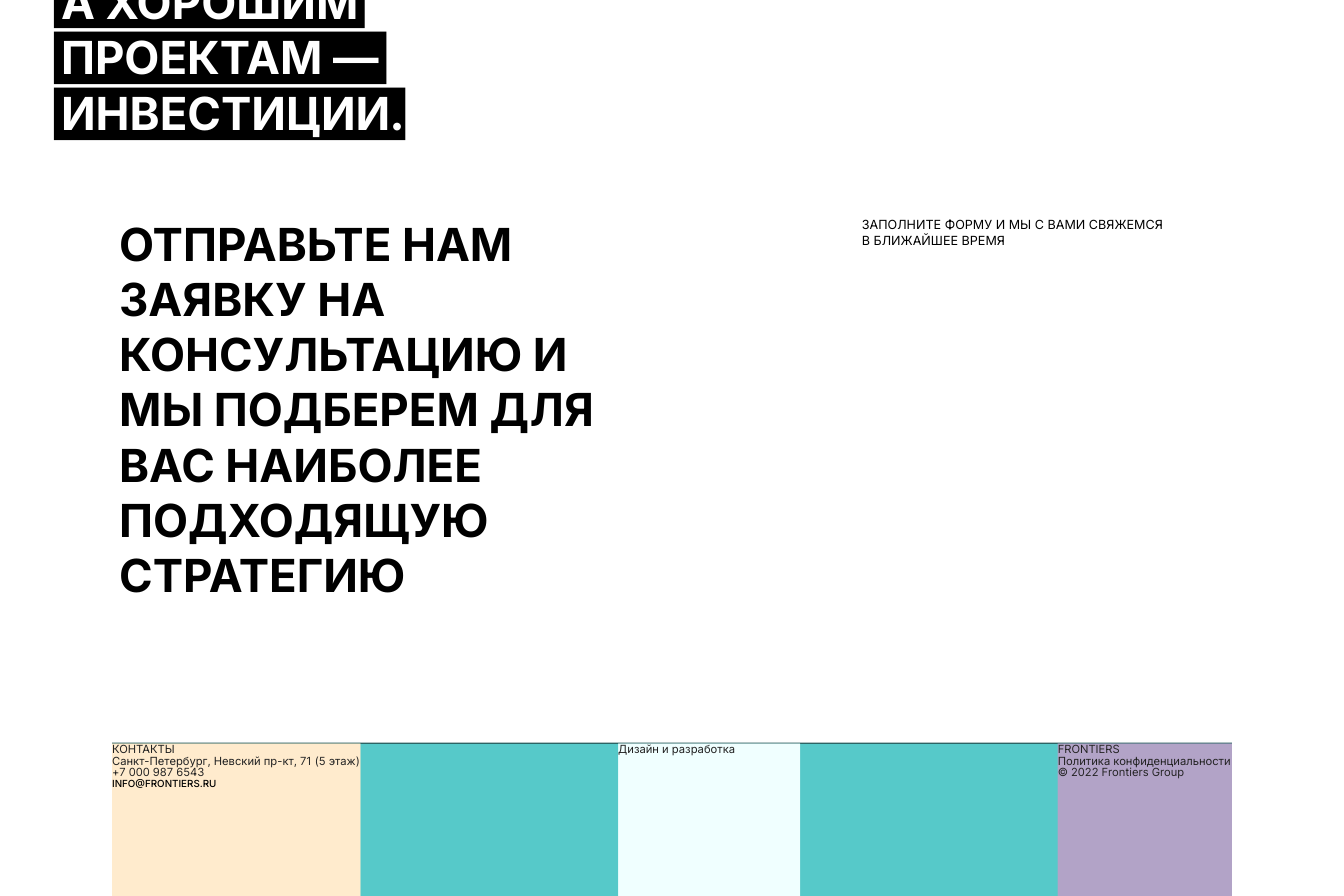
Repository: NadyaKorvin/frontiers
Page: /
These files come from the project's save history. The page is drawn as it stood at one moment and after the next save; the edit follows.
The browser window is 1280 px wide. The page is 1920 px wide, so the pictures cover 1920 px, including what lies to the right of the window. The pictures show the part of the page from y = 1353 to 2633 px (the page is 2633 px tall), at 70% of full size.
The project was rebuilt for these pictures with package versions that can differ from the ones it lists, and the page was loaded fresh each time.

Above is the page before, as saved 2022-05-23 14:46:37.

### public/index.html
<!DOCTYPE html>
<html lang="en">
  <head>
    <meta charset="utf-8" />
    <link rel="icon" href="%PUBLIC_URL%/favicon.ico" />
    <meta name="viewport" content="width=device-width, initial-scale=1" />
    <meta name="theme-color" content="#000000" />
    <meta name="description" content="Web site created using create-react-app" />
    <link rel="apple-touch-icon" href="%PUBLIC_URL%/logo192.png" />
    <link rel="manifest" href="%PUBLIC_URL%/manifest.json" />
    <link rel="preconnect" href="https://fonts.googleapis.com" />
    <link rel="preconnect" href="https://fonts.gstatic.com" crossorigin />
    <link href="https://fonts.googleapis.com/css2?family=Inter:wght@300;400;500;700&display=swap" rel="stylesheet" />
    <title>FRONTIERS</title>
  </head>
  <body>
    <noscript>You need to enable JavaScript to run this app.</noscript>
    <div id="root"></div>
  </body>
</html>

### src/index.js
import React from "react"
import ReactDOM from "react-dom/client"

import App from "./App"

const root = ReactDOM.createRoot(document.getElementById("root"))
root.render(
  <React.StrictMode>
    <App />
  </React.StrictMode>
)

### src/App.js
import { useState } from "react";
import "./App.css";
import { SecondScreenAnimation } from "./components/secondScreen/SecondScreenAnimation";
import FirstScreenAnimation from "./components/firstScreen/FirstScreenAnimation";
import LastScreenAnimation from "./components/lastScreen/LastScreenAnimation"

function App() {
  const [mousePosition, setMousePosition] = useState("");

  const listenUpperMousePosition = (event) => {
    console.log(event);
    console.log(event.target);
    setMousePosition(event.target);
  };

  return (
    <>
      <FirstScreenAnimation />
      <div className="App">
        <SecondScreenAnimation listenMousePosition={listenUpperMousePosition} />
      </div>
      <LastScreenAnimation />
    </>
  );
}
export default App;

### src/App.css
@import url("./reset.css");
@import url("./components/secondScreen/SecondScreen.css");
@import url("./font/font.css");

body {
  font-family: "Inter";
}

### src/components/secondScreen/SecondScreenAnimation.js
export function SecondScreenAnimation({ listenMousePosition, mousePosition }) {
  let goUp = ""
  const goUpBlackLines = (mousePosition) => {
    if (mousePosition === "animation__text_first_part") {
      goUp = "up"
      return goUp
    }
  }
  goUpBlackLines(mousePosition)
  console.log(goUp)
  return (
    <div className="animation__text_block">
      {goUp != "up" ? (
        <div>
          <div className="animation__text" onMouseOver={listenMousePosition}>
            <p className="animation__text_first_part">Инвесторам сложно найти хорошие проекты,</p>
            <p className="animation__text_second_part">а хорошим проектам — инвестиции.</p>
          </div>
          <div className="animation__black_lines">
            <div className="animation__1th_black_line"></div>
            <div className="animation__2th_black_line"></div>
            <div className="animation__3th_black_line"></div>
          </div>
        </div>
      ) : (
        <div>
          <div className="animation__text" onMouseOver={listenMousePosition}>
            <p className="animation__text_first_part" style={{ color: "#fff" }}>
              Инвесторам сложно найти хорошие проекты,
            </p>
            <p className="animation__text_second_part" style={{ color: "#000" }}>
              а хорошим проектам — инвестиции.
            </p>
          </div>
          <div className="animation__black_lines">
            <div className="animation__1th_black_line" style={{ width: "484px", marginTop: "-475px" }}></div>
            <div className="animation__2th_black_line" style={{ width: "586px" }}></div>
            <div className="animation__3th_black_line" style={{ width: "722px" }}></div>
          </div>
        </div>
      )}
    </div>
  )
}

### src/components/firstScreen/FirstScreenAnimation.js
import React from "react";
import style from "./FirstScreen.module.css";
import image from "../../images/image.webp"

export default function FirstScreenAnimation() {
  const pointer = (
    <svg
      width="8"
      height="101"
      viewBox="0 0 8 101"
      fill="none"
      xmlns="http://www.w3.org/2000/svg"
    >
      <path
        d="M4.35355 100.356C4.15829 100.551 3.84171 100.551 3.64645 100.356L0.464466 97.1735C0.269204 96.9783 0.269204 96.6617 0.464466 96.4664C0.659728 96.2712 0.976311 96.2712 1.17157 96.4664L4 99.2948L6.82843 96.4664C7.02369 96.2712 7.34027 96.2712 7.53553 96.4664C7.7308 96.6617 7.7308 96.9783 7.53553 97.1735L4.35355 100.356ZM3.5 100.002L3.5 0.00195312H4.5L4.5 100.002H3.5Z"
        fill="black"
      />
    </svg>
  );

  return (
    <>
      <section className={style.first__screen}>
        <div className={style.header}>
          <div className={style.logotype}>FRONTIERS</div>
          <nav className={style.nav__sidebar}>
            <ul>Агенство</ul>
            <ul>Кейсы</ul>
            <ul>Услуги</ul>
            <ul>Контакты</ul>
          </nav>
          <div className={style.button}>
            <p className={style.text__btn}>Получить консультацию</p>
          </div>
        </div>
        <div className={style.content}>
          <p>ИНВЕСТИЦИИ</p>
          <p>НЕ</p>
          <p>СЛОЖНО</p>
          <p>
            Мы помогли заработать более 50 млн рублей частным инвесторам в 2021
            году на вложениях в российский бизнес
          </p>
          <p>ПРОКРУТИ ВНИЗ</p>
          <div className={style.content__pointer}>{pointer}</div>
          <img src={image} alt="" />
        </div>
      </section>
    </>
  );
}

### src/components/lastScreen/LastScreenAnimation.js
import React from "react";
import style from "./LastScreen.module.css";

export default function LastScreenAnimation() {
  return (
    <>
      <section className={style.last__screen}>
        <div className={style.wrapper}>
          <div className={style.left__content}>
            <p>
              ОТПРАВЬТЕ НАМ ЗАЯВКУ НА КОНСУЛЬТАЦИЮ И МЫ ПОДБЕРЕМ ДЛЯ ВАС
              НАИБОЛЕЕ ПОДХОДЯЩУЮ СТРАТЕГИЮ
            </p>
          </div>
          <div className={style.right__content}>
            <div className={style.text__form}>
              <p>ЗАПОЛНИТЕ ФОРМУ И МЫ С ВАМИ СВЯЖЕМСЯ В БЛИЖАЙШЕЕ ВРЕМЯ</p>
            </div>
            <form></form>
          </div>
        </div>
        <div className={style.footer}>
          <div className={style.contact}>
            <p>КОНТАКТЫ</p>
            <p>Санкт-Петербург, Невский пр-кт, 71 (5 этаж)</p>
            <p>+7 000 987 6543</p>
            <p>info@frontiers.ru</p>
          </div>
          <div className={style.design}>
            <p>Дизайн и разработка</p>
            <svg></svg>
          </div>
          <div className={style.frontiers}>
            <p>FRONTIERS</p>
            <p>Политика конфиденциальности</p>
            <p>© 2022 Frontiers Group</p>
          </div>
        </div>
      </section>
    </>
  );
}

### src/reset.css
html,
body,
div,
span,
applet,
object,
iframe,
h1,
h2,
h3,
h4,
h5,
h6,
p,
blockquote,
pre,
a,
abbr,
acronym,
address,
big,
cite,
code,
del,
dfn,
em,
img,
ins,
kbd,
q,
s,
samp,
small,
strike,
strong,
sub,
sup,
tt,
var,
b,
u,
i,
center,
dl,
dt,
dd,
ol,
ul,
li,
fieldset,
form,
label,
legend,
table,
caption,
tbody,
tfoot,
thead,
tr,
th,
td,
article,
aside,
canvas,
details,
embed,
figure,
figcaption,
footer,
header,
hgroup,
menu,
nav,
output,
ruby,
section,
summary,
time,
mark,
audio,
video {
  margin: 0;
  padding: 0;
  border: 0;
  font-size: 100%;
  font: inherit;
  vertical-align: baseline;
}

:focus {
  outline: 0;
}

article,
aside,
details,
figcaption,
figure,
footer,
header,
hgroup,
menu,
nav,
section {
  display: block;
}

body {
  line-height: 1;
}

ol,
ul {
  list-style: none;
}

blockquote,
q {
  quotes: none;
}

blockquote:before,
blockquote:after,
q:before,
q:after {
  content: "";
  content: none;
}

table {
  border-collapse: collapse;
  border-spacing: 0;
}

input[type="search"]::-webkit-search-cancel-button,
input[type="search"]::-webkit-search-decoration,
input[type="search"]::-webkit-search-results-button,
input[type="search"]::-webkit-search-results-decoration {
  -webkit-appearance: none;
  -moz-appearance: none;
}

input[type="search"] {
  -webkit-appearance: none;
  -moz-appearance: none;
  -webkit-box-sizing: content-box;
  -moz-box-sizing: content-box;
  box-sizing: content-box;
}

textarea {
  overflow: auto;
  vertical-align: top;
  resize: vertical;
}

[hidden] {
  display: none;
}

html {
  font-size: 100%; /* 1 */
  -webkit-text-size-adjust: 100%; /* 2 */
  -ms-text-size-adjust: 100%; /* 2 */
}

a:focus {
  outline: thin dotted;
}

a:active,
a:hover {
  outline: 0;
}

img {
  border: 0;
  -ms-interpolation-mode: bicubic;
}

figure {
  margin: 0;
}

form {
  margin: 0;
}

fieldset {
  border: 1px solid #c0c0c0;
  margin: 0 2px;
  padding: 0.35em 0.625em 0.75em;
}

legend {
  border: 0; /* 1 */
  padding: 0;
  white-space: normal; /* 2 */
  *margin-left: -7px; /* 3 */
}

button,
input,
select,
textarea {
  font-size: 100%; /* 1 */
  margin: 0; /* 2 */
  vertical-align: baseline; /* 3 */
  *vertical-align: middle; /* 3 */
}

button,
input {
  line-height: normal;
}

button,
select {
  text-transform: none;
}

button,
html input[type="button"], /* 1 */
input[type="reset"],
input[type="submit"] {
  -webkit-appearance: button; /* 2 */
  cursor: pointer; /* 3 */
  *overflow: visible; /* 4 */
}

button[disabled],
html input[disabled] {
  cursor: default;
}

input[type="checkbox"],
input[type="radio"] {
  box-sizing: border-box; /* 1 */
  padding: 0; /* 2 */
  *height: 13px; /* 3 */
  *width: 13px; /* 3 */
}

input[type="search"] {
  -webkit-appearance: textfield; /* 1 */
  -moz-box-sizing: content-box;
  -webkit-box-sizing: content-box; /* 2 */
  box-sizing: content-box;
}

input[type="search"]::-webkit-search-cancel-button,
input[type="search"]::-webkit-search-decoration {
  -webkit-appearance: none;
}

button::-moz-focus-inner,
input::-moz-focus-inner {
  border: 0;
  padding: 0;
}

textarea {
  overflow: auto; /* 1 */
  vertical-align: top; /* 2 */
}

table {
  border-collapse: collapse;
  border-spacing: 0;
}

html,
button,
input,
select,
textarea {
  color: #222;
}

::-moz-selection {
  background: #b3d4fc;
  text-shadow: none;
}

::selection {
  background: #b3d4fc;
  text-shadow: none;
}

img {
  vertical-align: middle;
}

fieldset {
  border: 0;
  margin: 0;
  padding: 0;
}

textarea {
  resize: vertical;
}

.chromeframe {
  margin: 0.2em 0;
  background: #ccc;
  color: #000;
  padding: 0.2em 0;
}

### src/components/secondScreen/SecondScreen.css
.second__screen_main {
  display: flex;
  justify-content: space-between;
  margin: 0 auto;
  margin-top: 174px;
  /* придкмать решение сделать по центру*/
  display: flex;
  width: 1600px;
  height: 733px;
}

.animation__text_block {
  display: block;
  margin-left: 87px;
}

.animation__text_first_part,
.animation__text_second_part {
  width: 770px;
  text-transform: uppercase;
  font-size: 65px;
  font-weight: 700;
  line-height: 79px;
  transition: 0.6s ease-out;
}

.animation__text_second_part {
  color: #fff;
}

.animation__black_lines {
  margin-left: -10px;
  margin-top: -236px;
}

.animation__1th_black_line {
  margin-bottom: 5px;
  height: 75px;
  width: 444px;
  background-color: #000;
  transition: 0.6s ease-out;
}

.animation__2th_black_line {
  margin-bottom: 5px;
  height: 75px;
  width: 475px;
  background-color: #000;
  transition: 0.6s ease-out;
}
.animation__3th_black_line {
  height: 75px;
  width: 502px;
  background-color: #000;
  transition: 0.6s ease-out;
}

.right__part {
  display: flex;
  margin-left: 190px;
  flex-direction: column;
}

.conversation__image {
  margin-right: 222px;
  display: block;
  width: 400px;
  height: 400px;
  background: url("../secondScreen/people.png");
}

.decoration_marks {
  margin-top: -110px;
  transform: rotate(-180deg);
  font-size: 200px;
  font-weight: 300;
}

.text_paragraph {
  margin-left: 90px;
  width: 431px;
  font-size: 18px;
  font-weight: 400;
  line-height: 23px;
  text-transform: uppercase;
  line-height: 130%;
}

### src/font/font.css
@font-face {
  font-family: "Inter";
  src:
    url("./Inter-Bold.ttf") format("truetype")
    url("./Inter-Bold.woff2") format("woff2"),
    url("./Inter-Bold.woff") format("woff");
  font-weight: 700;
  font-style: normal;
  font-stretch: normal;
  unicode-range: U+0020-E0D0;
}

@font-face {
  font-family: "Inter";
  src:
    url("./Inter-Regular.woff2") format("woff2"),
    url("./Inter-Regular.ttf") format("truetype")
    url("./Inter-Regular.woff") format("woff");
  font-weight: 400;
  font-style: normal;
  font-stretch: normal;
  unicode-range: U+0020-E0D0;
}

@font-face {
    font-family:'Inter Medium';
    src:
        url("./Inter-Medium.ttf") format("truetype")
        url('Inter-Medium.woff2') format('woff2'),
		url('Inter-Medium.woff') format('woff');
    font-weight: 500;
    font-style: normal;
    font-stretch: normal;
    unicode-range: U+0020-E0D0;
}

@font-face {
    font-family:'Inter Light';
    src:
        url("./Inter-Light.ttf") format("truetype")
        url('Inter-Light.woff2') format('woff2'),
		url('Inter-Light.woff') format('woff');
    font-weight: 300;
    font-style: normal;
    font-stretch: normal;
    unicode-range: U+0020-E0D0;
}

### src/components/firstScreen/FirstScreen.module.css
.first__screen {
  width: 1920px;
  height: 1080px;
}

.header {
  width: 1600px;
  height: 82px;
  margin: 0 160px;
  border-bottom: 1px solid #000000;
  display: flex;
}

.logotype {
  width: 151px;
  height: 30px;
  padding-top: 27px;
  font-family: "Inter";
  font-style: normal;
  font-weight: 700;
  font-size: 25px;
  line-height: 30px;
  letter-spacing: 0.05em;
  color: #000000;
}

.nav__sidebar {
  display: flex;
  justify-content: space-between;
  width: 473px;
  padding-top: 33px;
  padding-left: 633px;
}

.button {
  position: absolute;
  width: 243px;
  height: 45px;
  left: 1517px;
  top: 19px;
  background: #000000;
}

.text__btn {
  padding-top: 12px;
  padding-bottom: 12px;
  font-family: "Inter";
  font-style: normal;
  font-weight: 500;
  font-size: 16px;
  line-height: 19px;
  text-align: center;
  color: #ffffff;
}

.content > p {
  position: absolute;
  font-family: "Inter";
  font-style: normal;
  font-weight: 400;
  font-size: 160px;
  line-height: 194px;
  text-transform: uppercase;
  color: #000000;
}

p:nth-child(1) {
  top: 83px;
  left: 160px;
}

p:nth-child(2) {
  top: 285px;
  left: 1449px;
}

p:nth-child(3) {
  top: 461px;
  left: 568px;
}

p:nth-child(4) {
  width: 265px;
  height: 90px;
  top: 118px;
  left: 1464px;
  box-sizing: content-box;
  font-family: "Inter";
  font-style: normal;
  font-weight: 500;
  font-size: 14px;
  line-height: 130%;
  text-transform: uppercase;
  color: #000000;
}

p:nth-child(5) {
  position: absolute;
  width: 130px;
  height: 17px;
  left: 104px;
  top: 865px;
  font-family: "Inter";
  font-style: normal;
  font-weight: 500;
  font-size: 14px;
  line-height: 17px;
  letter-spacing: 0.05em;
  color: #000000;
  transform: rotate(-90deg);
}

.content__pointer {
    position: absolute;
    top: 876px;
    left: 187px;
}

img {
  position: absolute;
  top: 714px;
  left: 568px;
  width: 1352px;
  height: 366px;
}

### src/components/lastScreen/LastScreen.module.css
.last__screen {
  width: 1920px;
  height: 1080px;
}

.wrapper {
  position: relative;
  top: 109px;
  left: 170px;
  display: flex;
  justify-content: space-between;
  width: 1590px;
  height: 553px;
}

.left__content {
  position: relative;
  width: 775px;
  height: 553px;
  box-sizing: border-box;
  font-family: "Inter";
  font-style: normal;
  font-weight: 700;
  font-size: 65px;
  line-height: 79px;
  text-transform: uppercase;
  color: #000000;
}

.right__content {
  position: relative;
  width: 529px;
  height: 553px;
}

.text__form {
  width: 529px;
  height: 46px;
  left: 1231px;
  top: 4438px;
  font-family: "Inter";
  font-style: normal;
  font-weight: 400;
  font-size: 18px;
  line-height: 130%;
  text-transform: uppercase;
  color: #000000;
}

.footer {
    position: relative;
    margin: 308px 160px 0;
    width: 1600px;
    height: 218px;
    border-top: 1px solid #000000;
    bottom: 0px;
    display: flex;
    justify-content: space-between;
    background-color: rgb(86, 201, 201);
}

.contact {
    width: 355px;
    height: 218px;
    background-color: blanchedalmond;
}

.design {
    width: 260px;
    height: 218px;
    background-color: azure;
}

.frontiers {
    width: 249px;
    height: 218px;
    background-color: rgb(178, 163, 199);
}

After the next save:
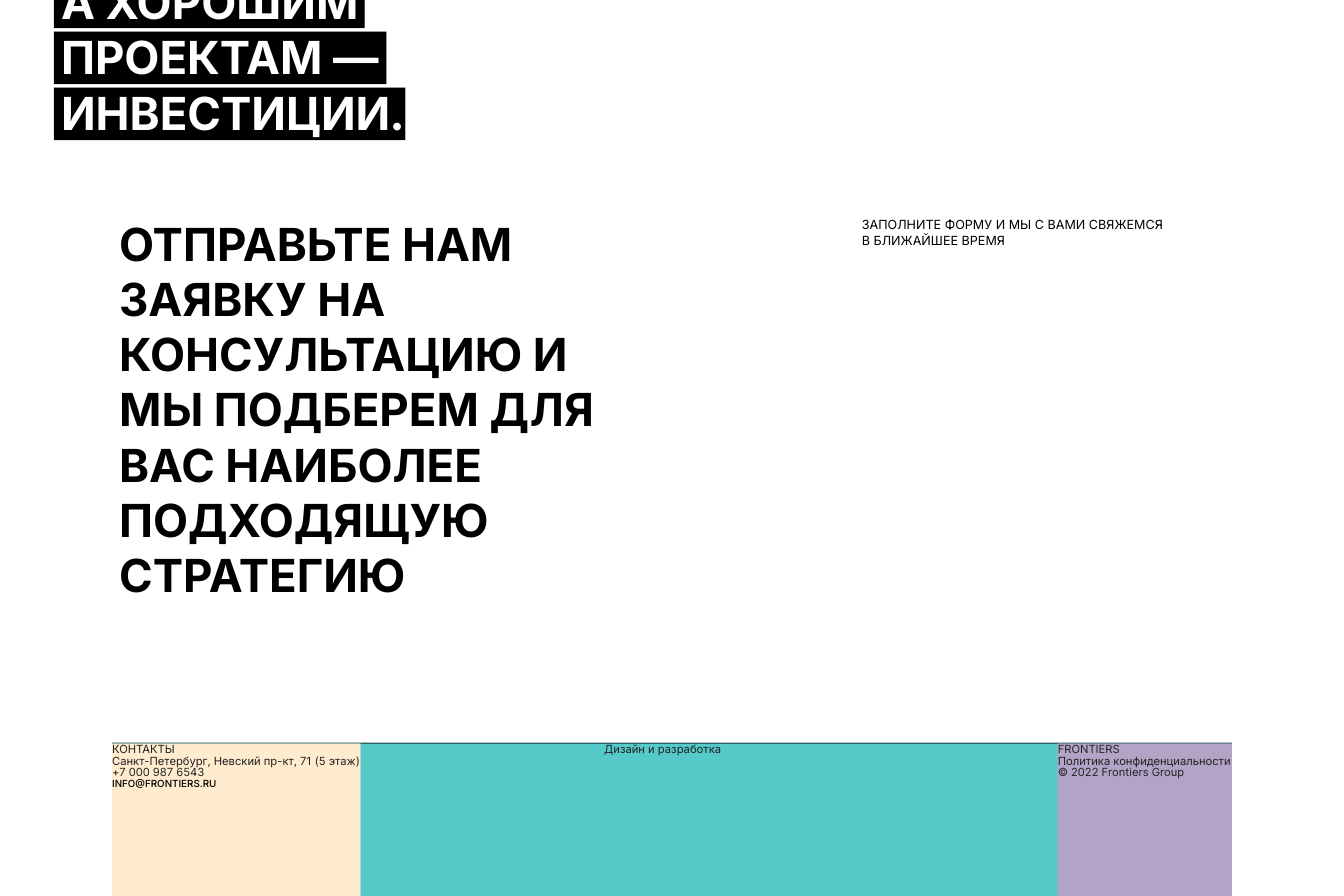
Saved 78 s later.
--- a/src/components/lastScreen/LastScreen.module.css
+++ b/src/components/lastScreen/LastScreen.module.css
@@ -65,6 +65,8 @@
     background-color: blanchedalmond;
 }
 
+.contact
+
 .design {
     width: 260px;
     height: 218px;

After the 2 saves that followed:
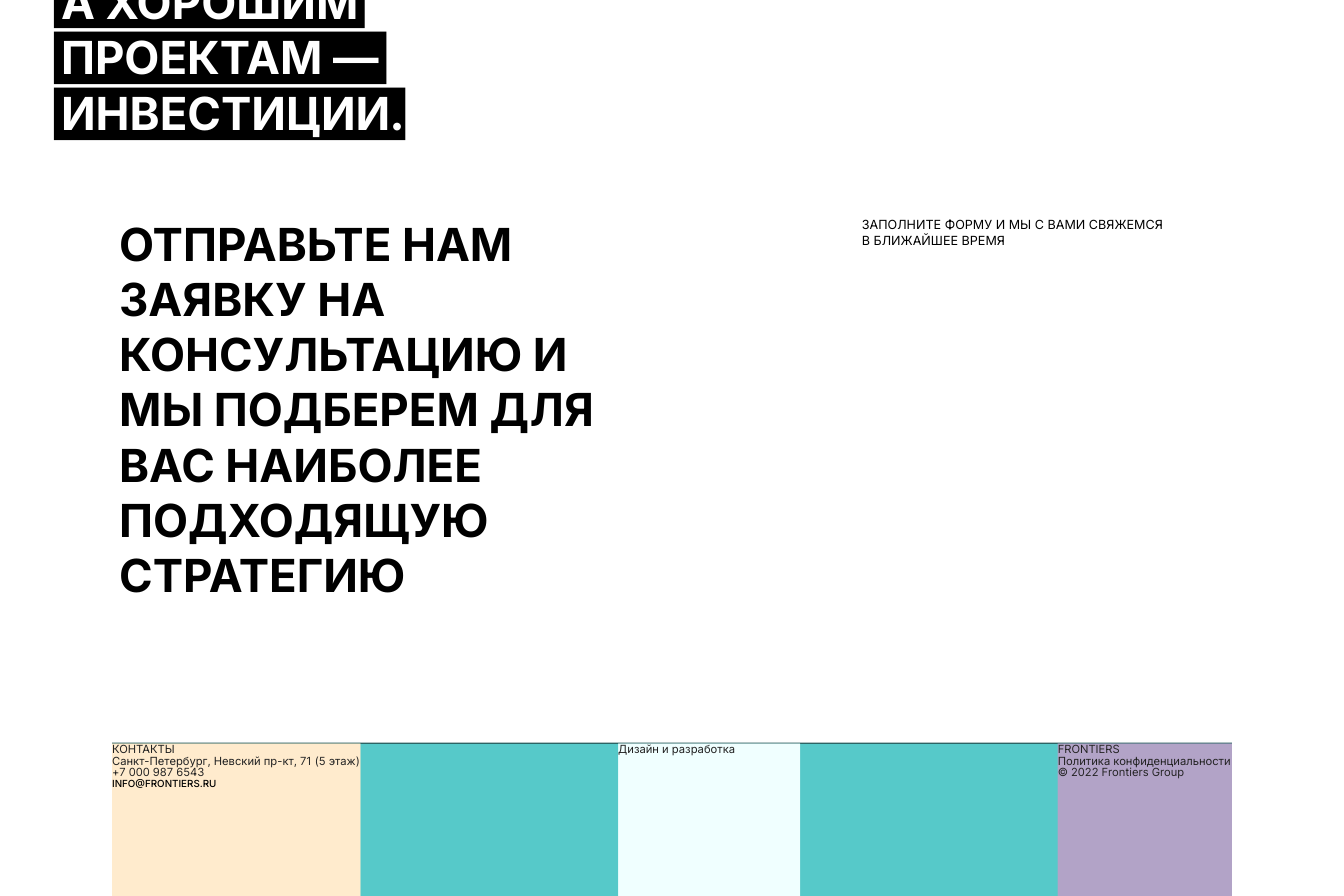
The 2 saves are shown as one change because 1 left the picture as it was.
The last was saved 27 s later.
--- a/src/components/lastScreen/LastScreen.module.css
+++ b/src/components/lastScreen/LastScreen.module.css
@@ -65,7 +65,9 @@
     background-color: blanchedalmond;
 }
 
-.contact
+.contact > p:nth-child(1) {
+
+}
 
 .design {
     width: 260px;
